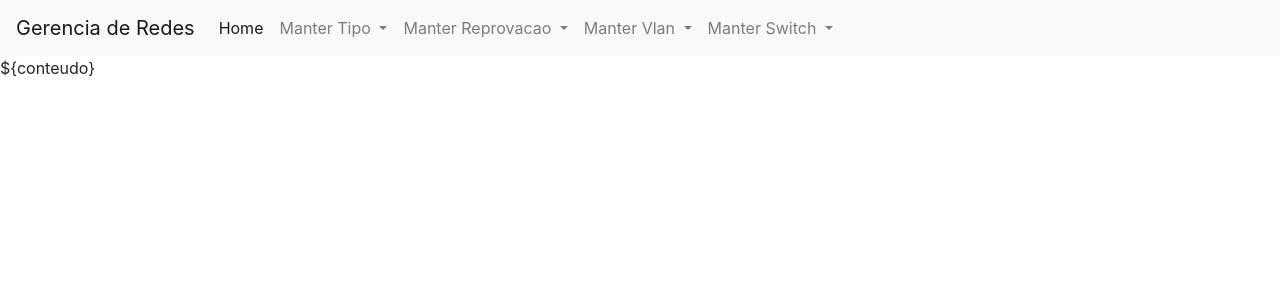
Repository: WilliamEstrela/trabalho1VA-PROG4
Page: CRUDLanManagerV5/WebContent/page.html
The author's editor kept a copy of each file at every save. The page is drawn from the files as they stood at one save, then again after the next save.
The browser window is 1280 px wide. The pictures show the whole page.

Above is the page before, as saved 2019-09-12 00:30:09.

### CRUDLanManagerV5/WebContent/page.html
<!doctype html>
<html lang="en">
  <head>
    <!-- Required meta tags -->
    <meta charset="utf-8">
    <meta name="viewport" content="width=device-width, initial-scale=1, shrink-to-fit=no">

    <!-- Bootstrap CSS -->
    <link rel="stylesheet" href="https://stackpath.bootstrapcdn.com/bootstrap/4.3.1/css/bootstrap.min.css" integrity="sha384-ggOyR0iXCbMQv3Xipma34MD+dH/1fQ784/j6cY/iJTQUOhcWr7x9JvoRxT2MZw1T" crossorigin="anonymous">

    <title>Hello, world!</title>
  </head>
  <body>

	<nav class="navbar navbar-expand-lg navbar-light bg-light">
	  <a class="navbar-brand" href="#">Gerencia de Redes</a>
	  <button class="navbar-toggler" type="button" data-toggle="collapse" data-target="#navbarSupportedContent" aria-controls="navbarSupportedContent" aria-expanded="false" aria-label="Toggle navigation">
	    <span class="navbar-toggler-icon"></span>
	  </button>

			  <div class="collapse navbar-collapse" id="navbarSupportedContent">
			    <ul class="navbar-nav mr-auto">
			      <li class="nav-item active">
			        <a class="nav-link" href="#">Home <span class="sr-only">(current)</span></a>
			      </li>
			      <li class="nav-item dropdown">
			        <a class="nav-link dropdown-toggle" href="#" id="navbarDropdown" role="button" data-toggle="dropdown" aria-haspopup="true" aria-expanded="false">
			          Manter Tipo
			        </a>
			        <div class="dropdown-menu" aria-labelledby="navbarDropdown">
			          <a class="dropdown-item" href="${contextPath}/sistema?casoDeUso=manterTipo&acao=listarTodos">Listar todos</a>
			          <a class="dropdown-item" href="${contextPath}/sistema?casoDeUso=manterTipo&acao=novo">Novo</a>
			          <div class="dropdown-divider"></div>
			          <a class="dropdown-item" href="${contextPath}/sistema?casoDeUso=manterTipo&acao=index">Inicio</a>
			        </div>
			      </li>

			      <li class="nav-item dropdown">
			        <a class="nav-link dropdown-toggle" href="#" id="navbarDropdown" role="button" data-toggle="dropdown" aria-haspopup="true" aria-expanded="false">
			          Manter Reprovacao
			        </a>
			        <div class="dropdown-menu" aria-labelledby="navbarDropdown">
			          <a class="dropdown-item" href="${contextPath}/sistema?casoDeUso=manterReprovacao&acao=listarTodos">Listar Todos</a>
			          <a class="dropdown-item" href="${contextPath}/sistema?casoDeUso=manterReprovacao&acao=novo">Novo</a>
			          <div class="dropdown-divider"></div>
			          <a class="dropdown-item" href="${contextPath}/sistema?casoDeUso=manterReprovacao&acao=index">Inicio</a>
			        </div>
			      </li>

			      			      <li class="nav-item dropdown">
			        <a class="nav-link dropdown-toggle" href="#" id="navbarDropdown" role="button" data-toggle="dropdown" aria-haspopup="true" aria-expanded="false">
			          Manter Vlan
			        </a>
			        <div class="dropdown-menu" aria-labelledby="navbarDropdown">
			          <a class="dropdown-item" href="${contextPath}/sistema?casoDeUso=manterVlan&acao=procurar">Procurar</a>
			          <a class="dropdown-item" href="${contextPath}/sistema?casoDeUso=manterVlan&acao=listarTodos">Listar</a>
			          <a class="dropdown-item" href="${contextPath}/sistema?casoDeUso=manterVlan&acao=novo">Novo</a>
			          <div class="dropdown-divider"></div>
			          <a class="dropdown-item" href="${contextPath}/sistema?casoDeUso=manterVlan&acao=index">Inicio</a>
			        </div>
			      </li>
			      			      			      <li class="nav-item dropdown">
			        <a class="nav-link dropdown-toggle" href="#" id="navbarDropdown" role="button" data-toggle="dropdown" aria-haspopup="true" aria-expanded="false">
			          Manter Switch
			        </a>
			        <div class="dropdown-menu" aria-labelledby="navbarDropdown">
			          <a class="dropdown-item" href="${contextPath}/sistema?casoDeUso=manterSwitch&acao=procurar">Procurar</a>
			          <a class="dropdown-item" href="${contextPath}/sistema?casoDeUso=manterSwitch&acao=listarTodos">Listar</a>
			          <a class="dropdown-item" href="${contextPath}/sistema?casoDeUso=manterSwitch&acao=novo">Novo</a>
			          <div class="dropdown-divider"></div>
			          <a class="dropdown-item" href="${contextPath}/sistema?casoDeUso=manterSwitch&acao=index">Inicio</a>
			        </div>
			      </li>
			    </ul>
			  </div>
			</nav>
			${conteudo}
    <!-- Optional JavaScript -->
    <!-- jQuery first, then Popper.js, then Bootstrap JS -->
    <script src="https://code.jquery.com/jquery-3.3.1.slim.min.js" integrity="sha384-q8i/X+965DzO0rT7abK41JStQIAqVgRVzpbzo5smXKp4YfRvH+8abtTE1Pi6jizo" crossorigin="anonymous"></script>
    <script src="https://cdnjs.cloudflare.com/ajax/libs/popper.js/1.14.7/umd/popper.min.js" integrity="sha384-UO2eT0CpHqdSJQ6hJty5KVphtPhzWj9WO1clHTMGa3JDZwrnQq4sF86dIHNDz0W1" crossorigin="anonymous"></script>
    <script src="https://stackpath.bootstrapcdn.com/bootstrap/4.3.1/js/bootstrap.min.js" integrity="sha384-JjSmVgyd0p3pXB1rRibZUAYoIIy6OrQ6VrjIEaFf/nJGzIxFDsf4x0xIM+B07jRM" crossorigin="anonymous"></script>
  </body>
</html>

After the next save:
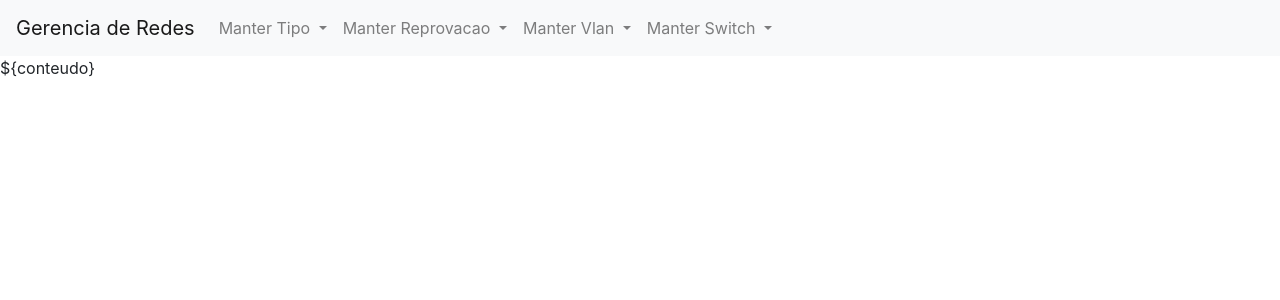
Saved 52 s later.
--- a/CRUDLanManagerV5/WebContent/page.html
+++ b/CRUDLanManagerV5/WebContent/page.html
@@ -20,9 +20,6 @@
 
 			  <div class="collapse navbar-collapse" id="navbarSupportedContent">
 			    <ul class="navbar-nav mr-auto">
-			      <li class="nav-item active">
-			        <a class="nav-link" href="#">Home <span class="sr-only">(current)</span></a>
-			      </li>
 			      <li class="nav-item dropdown">
 			        <a class="nav-link dropdown-toggle" href="#" id="navbarDropdown" role="button" data-toggle="dropdown" aria-haspopup="true" aria-expanded="false">
 			          Manter Tipo
